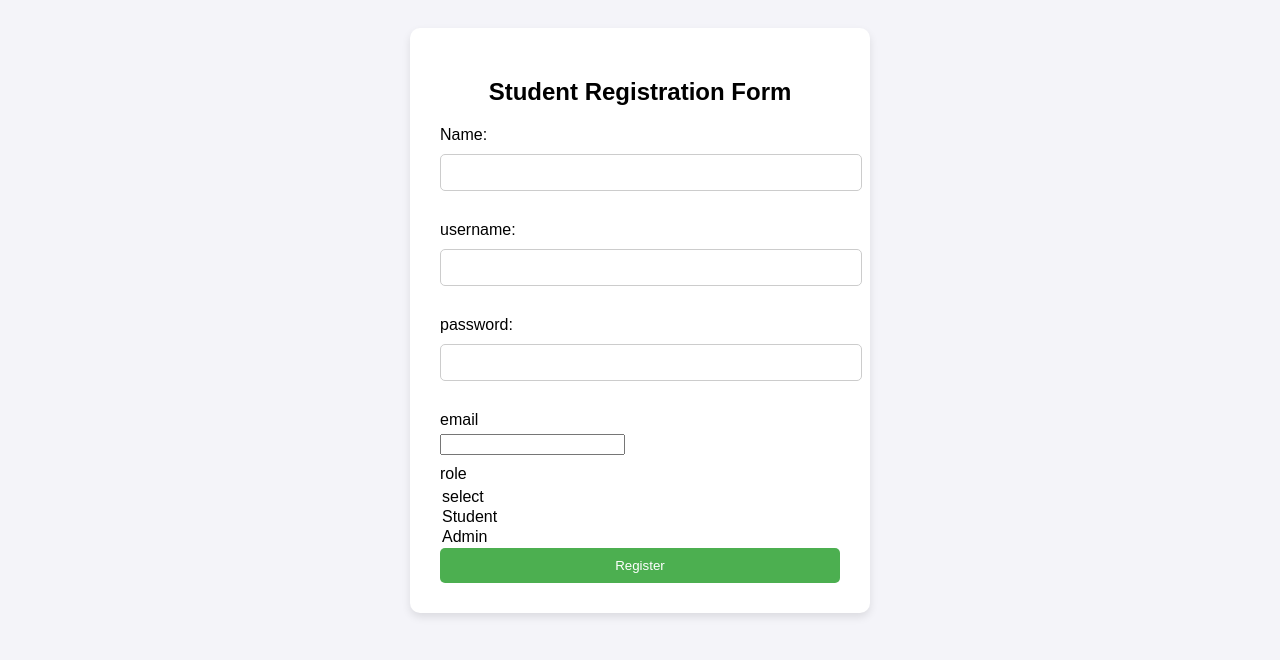
Repository: snehal-shinde151/my_repo
Page: classpro/src/main/webapp/Registration.html
The author's editor kept a copy of each file at every save. The page is drawn from the files as they stood at one save, then again after the next save.
The browser window is 1280 px wide. The pictures show the whole page.

Above is the page before, as saved 2025-03-04 11:12:47.

### classpro/src/main/webapp/Registration.html
<!DOCTYPE html>
<html>
<head>
<meta charset="UTF-8">
<title>Insert title here</title>
</head>

<head>

    <meta name="viewport" content="width=device-width, initial-scale=1.0">
    <title>Student Registration Form</title>
    <style>
        body {
            font-family: Arial, sans-serif;
            background-color: #f4f4f9;
            padding: 20px;
        }
        .form-container {
            background-color: white;
            padding: 30px;
            border-radius: 10px;
            box-shadow: 0 4px 8px rgba(0, 0, 0, 0.1);
            width: 400px;
            margin: 0 auto;
        }
        h2 {
            text-align: center;
        }
        label {
            display: block;
            margin: 10px 0 5px;
        }
        input[type="text"],
        input[type="email"],
        input[type="number"],
        input[type="date"],
        select,
        textarea {
            width: 100%;
            padding: 10px;
            margin: 5px 0 20px;
            border: 1px solid #ccc;
            border-radius: 5px;
        }
        .submit-btn {
            background-color: #4CAF50;
            color: white;
            padding: 10px 20px;
            border: none;
            border-radius: 5px;
            cursor: pointer;
            width: 100%;
        }
        .submit-btn:hover {
            background-color: #45a049;
        }
    </style>
</head>
<body>
    <div class="form-container">
        <h2>Student Registration Form</h2>
        <form action="/classpro/submit.html" method="POST">
            <label for="name"> Name:</label>
            <input type="text" id="name" name="name" required>

            <label for="email">username:</label>
            <input type="email" id="email" name="email" required>

            <label for="phone">password:</label>
            <input type="number" id="phone" name="phone" required>

            <label for="username">email</label>
            <input type="username" id="username" name="username" required>

            <label for="password">role</label>
           <option value="select">select</option>
			<option value="STUDENT">Student</option>
			<option value="ADMIN">Admin</option>




            </select>

            <button type="submit" class="submit-btn">Register</button>
        </form>
    </div>
</body>



</html>

After the next save:
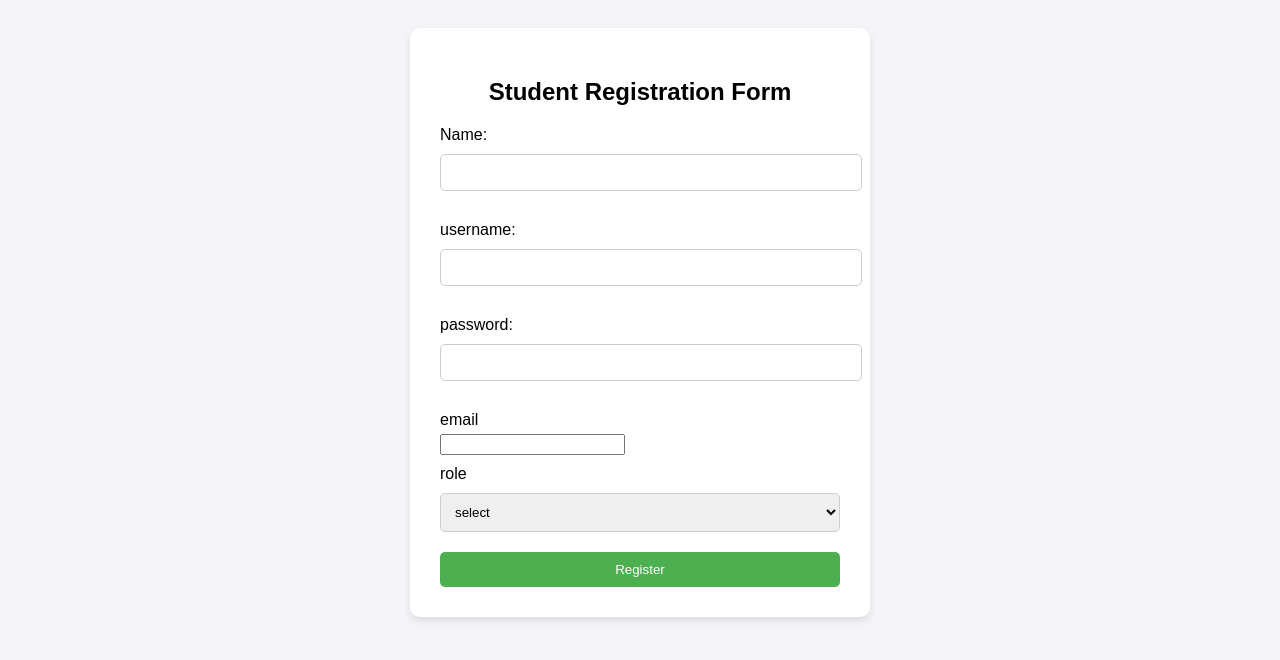
Saved 48 s later.
--- a/classpro/src/main/webapp/Registration.html
+++ b/classpro/src/main/webapp/Registration.html
@@ -73,6 +73,7 @@
             <input type="username" id="username" name="username" required>
 
             <label for="password">role</label>
+            <select name="role">
            <option value="select">select</option>
 			<option value="STUDENT">Student</option>
 			<option value="ADMIN">Admin</option>
